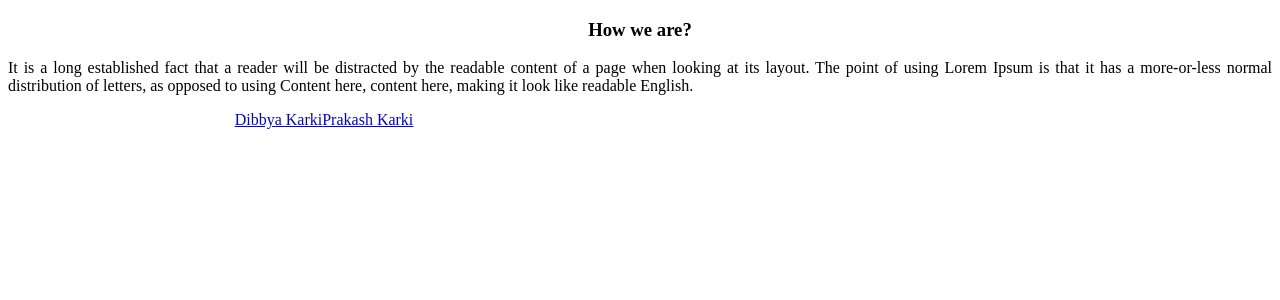
Repository: Dibbya65/Django-Basic
Page: http://localhost/about/
An editor plug-in stored every save of this project. The page is shown before and after the next save, followed by the edit.
The browser window is 1280 px wide. The pictures show the whole page.
The page is served by the project's application, run on Django 3.2 (manage.py).

Above is the page before, as saved 2021-11-14 03:08:46.

After the next save:
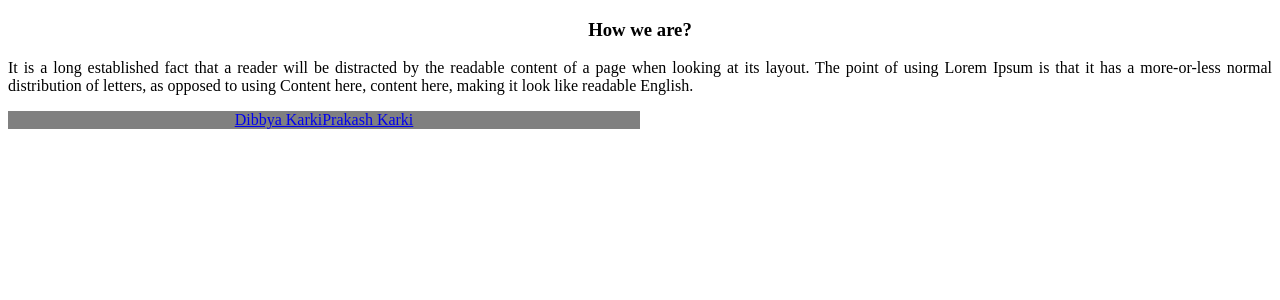
Saved 40 s later.
--- a/base/templates/base/about.html
+++ b/base/templates/base/about.html
@@ -6,7 +6,7 @@
 <h3 style="text-align:center">{{about_page_title}}</h3>
 <p style="text-align:justify">{{about_page_description}}</p>
 {%if teams %}
-<div style="width:50%;display:flex;justify-content:center;align-items:center;">
+<div style="width:50%;display:flex;justify-content:center;align-items:center;background-color:gray;">
 {%for team in teams %}
     <a href="{% url 'about-detail' team.id %}">{{ team.name}}</a>
 {%endfor%}
